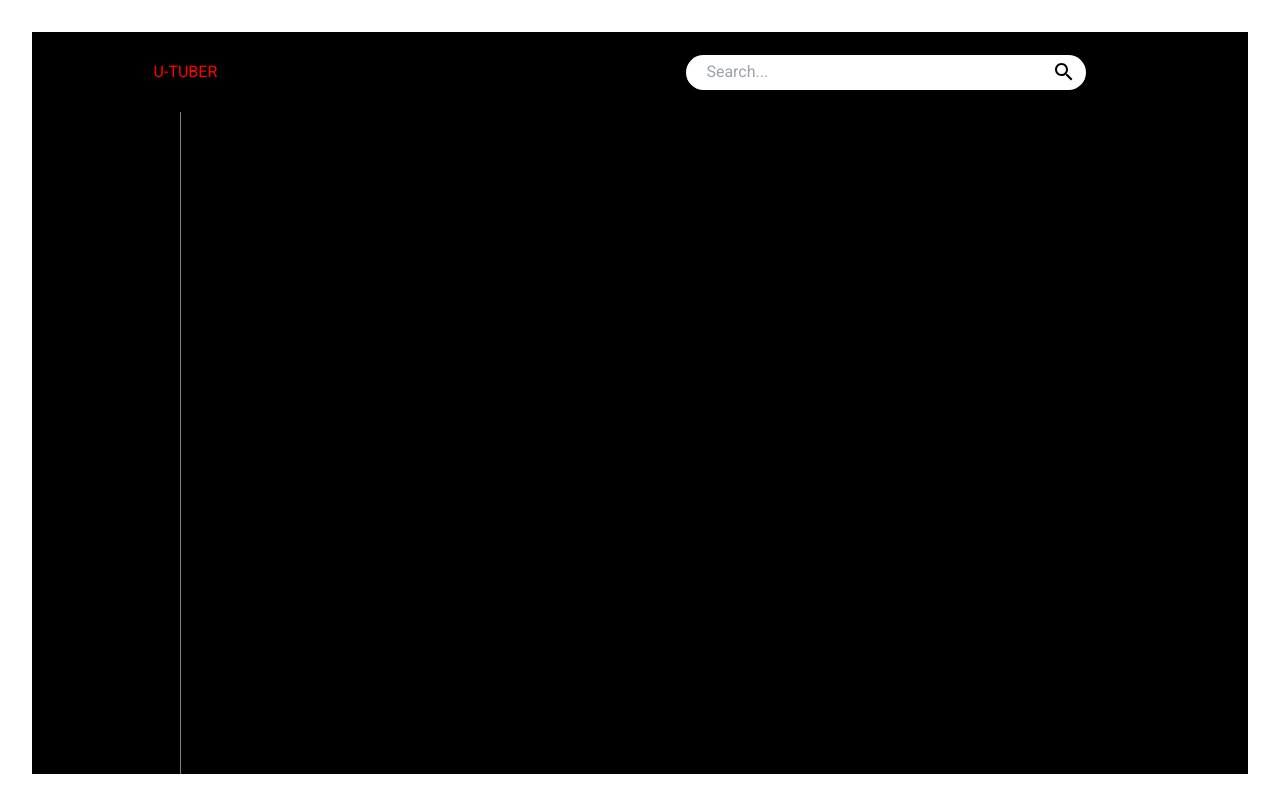
Repository: Nurlan-Bakenbaev/YoutubeClone
Page: /
These files come from the project's save history. The page is drawn as it stood at one moment and after the next save; the edit follows.
The browser window is 1280 px wide. The pictures show the whole page.
The project was rebuilt for these pictures with package versions that can differ from the ones it lists, and the page was loaded fresh each time. Also part of the build but not shown: vite.config.js, src/components/VideoDetails.jsx, src/components/SearchFeed.jsx, src/components/ChannelDetails.jsx.

Above is the page before, as saved 2023-09-06 09:35:13.

After the next save:
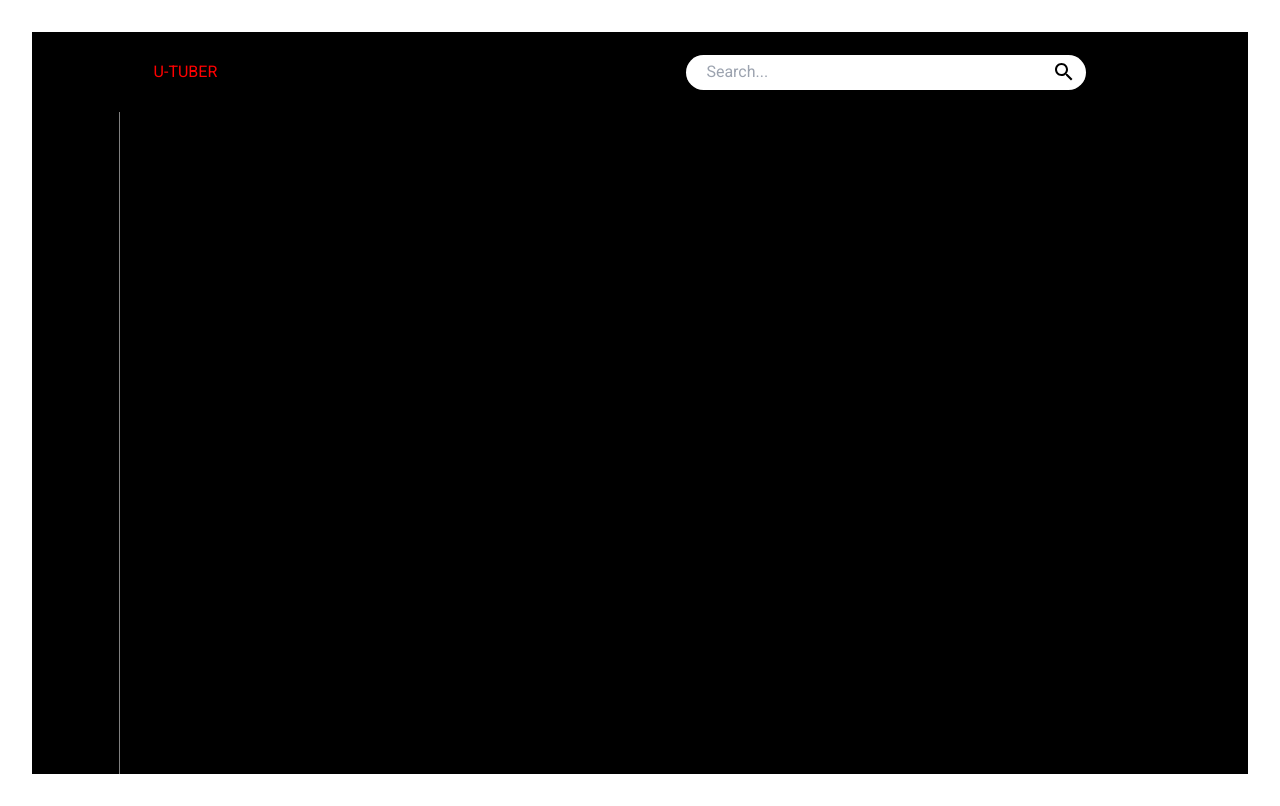
Saved 7 s later.
--- a/src/components/Feed.jsx
+++ b/src/components/Feed.jsx
@@ -10,7 +10,7 @@ const Feed = () => {
           borderRight: "1px solid gray", px:{sx:0,md:2}
         }}>
           SideBar
-          Typogra
+          <Typography> </Typography>
         </Box>
     </Stack>
   );
